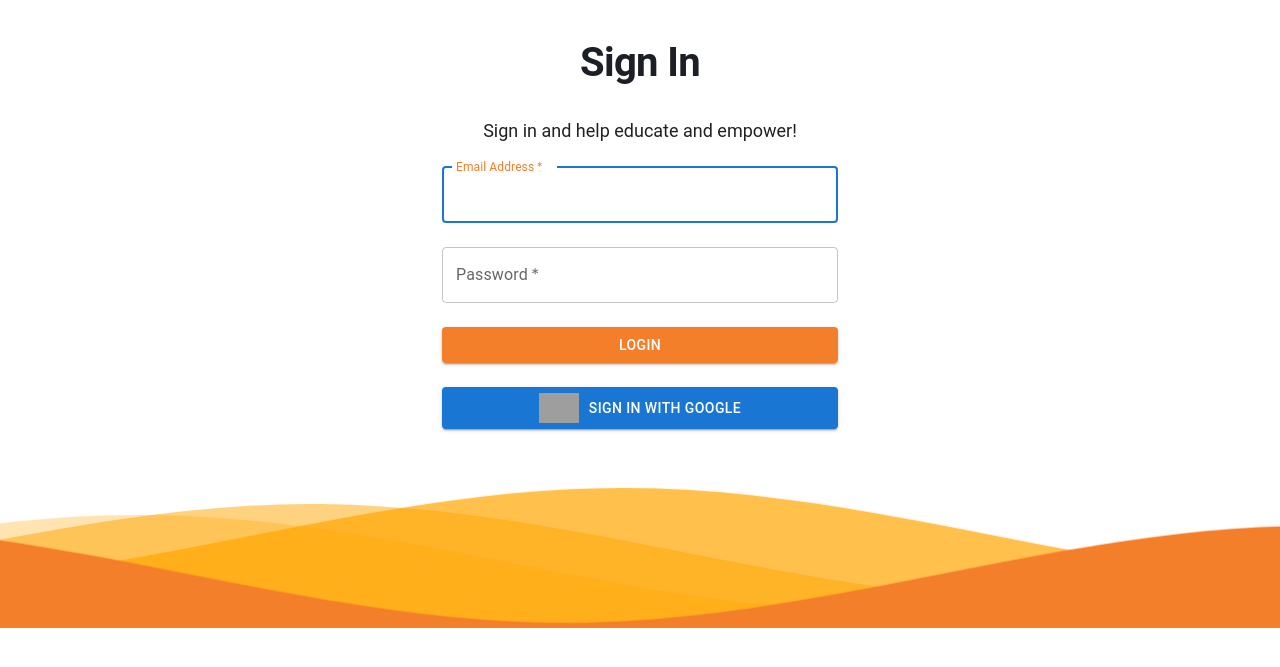
Repository: shubhampirate/Google_Solutions_Edural
Page: /dashboard
These files come from the project's save history. The page is drawn as it stood at one moment and after the next save; the edit follows.
The browser window is 1280 px wide. The pictures show the whole page.
Pictures or frames that could not be fetched are drawn as grey boxes. The project was rebuilt for these pictures with package versions that can differ from the ones it lists, and the page was loaded fresh each time. Some packages were replaced by stand-ins written for this rebuild. Also part of the build but not shown: src/Components/CustomButton.jsx, src/Components/Navbar.jsx, src/Components/Footer.jsx, src/Components/CongratsCard.jsx, src/pages/Hero/Hero.jsx.

Above is the page before, as saved 2024-02-02 23:45:23.

After the next save:
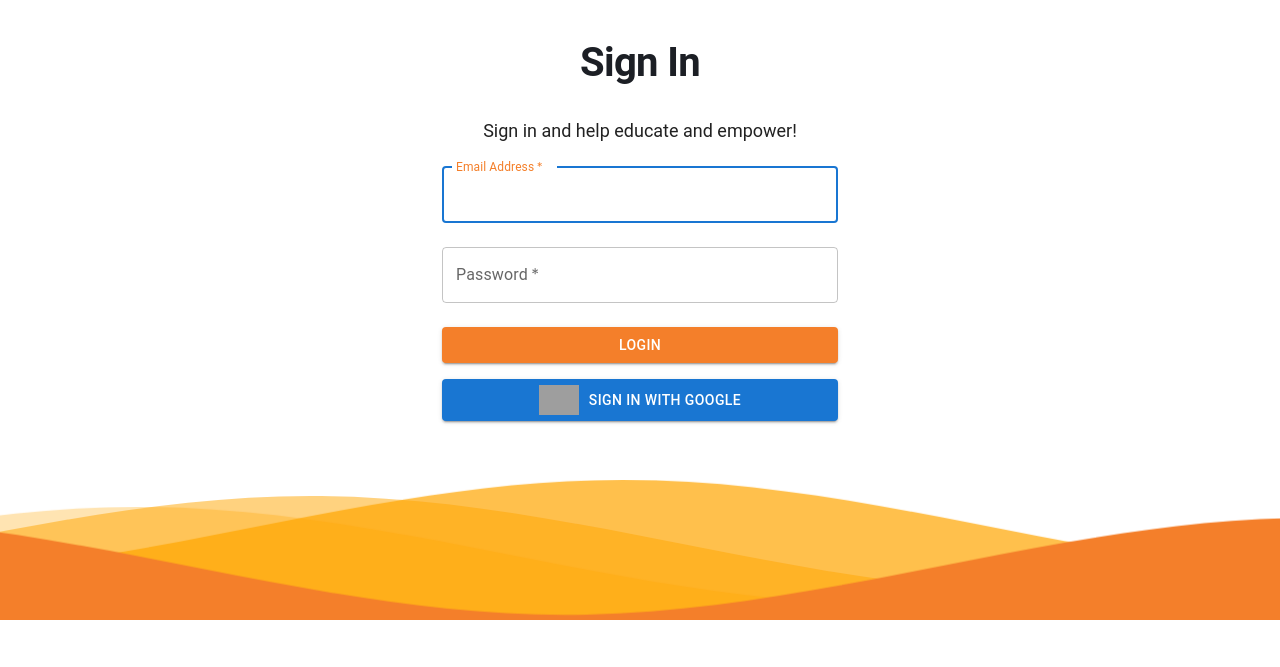
Saved 28 s later.
--- a/src/pages/Sign_in.jsx
+++ b/src/pages/Sign_in.jsx
@@ -183,7 +183,7 @@
             variant="contained"
 
             sx={{
-              mt: 2,
+              mt: 1,
               mb: 1,
               backgroundColor: "#blue", // Background color on hover
                 color: "white", // Text color on hover

After the save that followed:
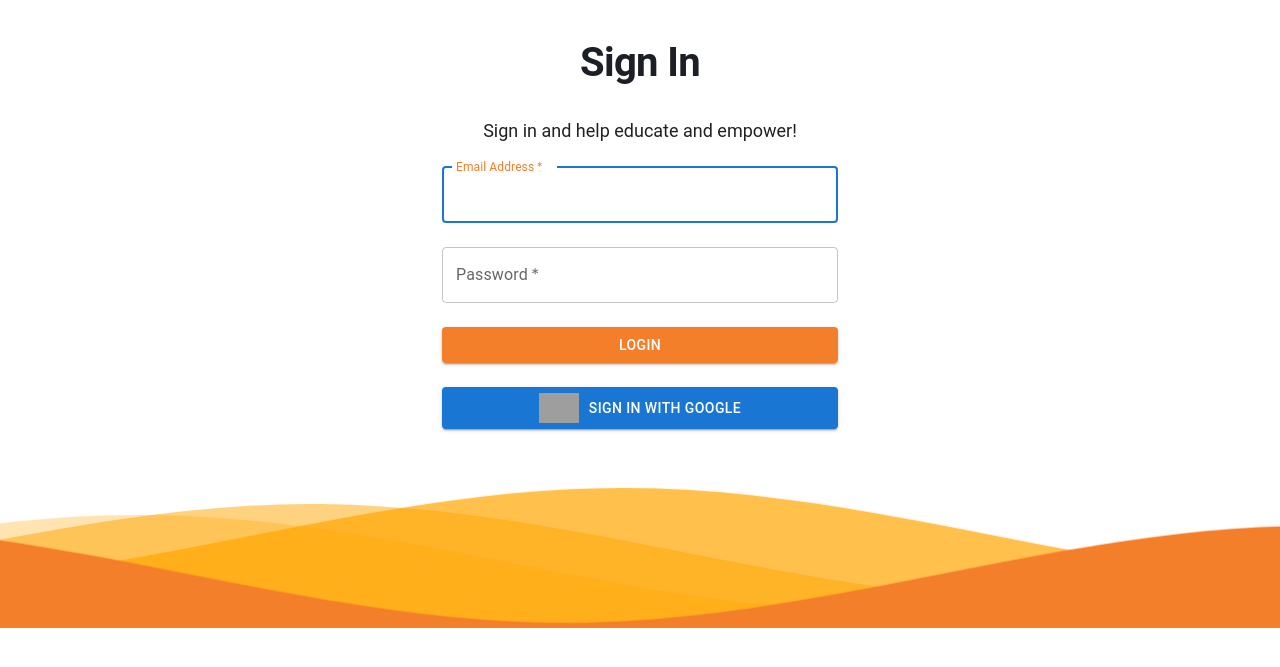
Saved 15 s later.
--- a/src/pages/Sign_in.jsx
+++ b/src/pages/Sign_in.jsx
@@ -183,7 +183,7 @@
             variant="contained"
 
             sx={{
-              mt: 1,
+              mt: 2,
               mb: 1,
               backgroundColor: "#blue", // Background color on hover
                 color: "white", // Text color on hover
